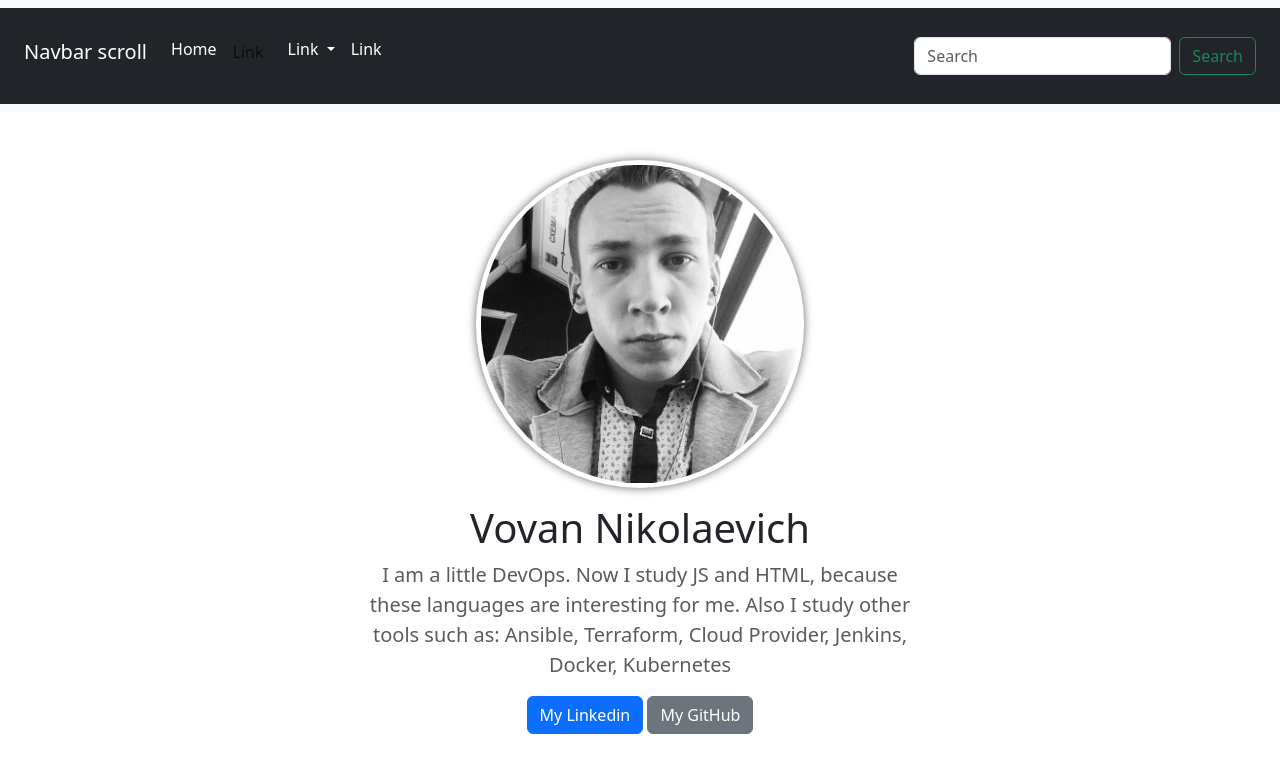
Repository: vovanbl411/mini-web-site
Page: index.html
An editor plug-in stored every save of this project. The page is shown before and after the next save, followed by the edit.
The browser window is 1280 px wide. The pictures show the whole page.

Above is the page before, as saved 2023-01-22 00:18:52.

### index.html
<!DOCTYPE html>
<html lang="en">
  <head>
    <meta charset="UTF-8" />
    <meta name="viewport" content="width=device-width, initial-scale=1.0" />
    <title>My page</title>
    <link
      href="https://cdn.jsdelivr.net/npm/bootstrap@5.3.0-alpha1/dist/css/bootstrap.min.css"
      rel="stylesheet"
      integrity="sha384-GLhlTQ8iRABdZLl6O3oVMWSktQOp6b7In1Zl3/Jr59b6EGGoI1aFkw7cmDA6j6gD"
      crossorigin="anonymous"
    />
    <style>
      .rounded-img {
        width: 60%;
        border-radius: 50%;
        box-shadow: 0 0 10px rgba(0, 0, 7, 0.6);
        padding: 0.3em;
        margin-bottom: 1em;
      }
    </style>
  </head>
  <body>
    <nav class="navbar navbar-expand-lg bg-body-tertiary">
      <div class="container-fluid bg-dark p-4">
        <a class="navbar-brand text-white h4" href="#">Navbar scroll</a>
        <button
          class="navbar-toggler"
          type="button"
          data-bs-toggle="collapse"
          data-bs-target="#navbarScroll"
          aria-controls="navbarScroll"
          aria-expanded="false"
          aria-label="Toggle navigation"
        >
          <span class="navbar-toggler-icon"></span>
        </button>
        <div class="collapse navbar-collapse" id="navbarScroll">
          <ul
            class="navbar-nav me-auto my-2 my-lg-0 navbar-nav-scroll"
            style="--bs-scroll-height: 100px"
          >
            <li class="nav-item">
              <a
                class="nav-link active text-white h4"
                aria-current="page"
                href="#"
                >Home</a
              >
            </li>
            <li class="nav-item">
              <a class="nav-link h4 form-control me-2" href="#">Link</a>
            </li>
            <li class="nav-item dropdown">
              <a
                class="nav-link dropdown-toggle text-white h4"
                href="#"
                role="button"
                data-bs-toggle="dropdown"
                aria-expanded="false"
              >
                Link
              </a>
              <ul class="dropdown-menu">
                <li>
                  <a class="dropdown-item text-white h4" href="#">Action</a>
                </li>
                <li>
                  <a class="dropdown-item text-white h4" href="#"
                    >Another action</a
                  >
                </li>
                <li><hr class="dropdown-divider text-white h4" /></li>
                <li>
                  <a class="dropdown-item text-white h4" href="#"
                    >Something else here</a
                  >
                </li>
              </ul>
            </li>
            <li class="nav-item">
              <a class="nav-link disabled text-white h4">Link</a>
            </li>
          </ul>
          <form class="d-flex" role="search">
            <input
              class="form-control me-2"
              type="search"
              placeholder="Search"
              aria-label="Search"
            />
            <button class="btn btn-outline-success" type="submit">
              Search
            </button>
          </form>
        </div>
      </div>
    </nav>
    <div class="container text-center my-5">
      <div class="row">
        <div class="col-lg-6 col-md-8 mx-auto">
          <img
            class="rounded-img"
            src="Screenshot.png"
            alt="Vovan Nikolaevich"
          />
          <h1 class="fw-light">Vovan Nikolaevich</h1>
          <p class="lead text-muted">
            I am a little DevOps. Now I study JS and HTML, because these
            languages are interesting for me. Also I study other tools such as:
            Ansible, Terraform, Cloud Provider, Jenkins, Docker, Kubernetes
          </p>
          <a
            href="https://www.linkedin.com/in/vovan-nikolaevich/"
            target="_blank"
            class="btn btn-primary"
          >
            My Linkedin
          </a>
          <a
            href="https://github.com/vovanbl411"
            target="_blank"
            class="btn btn-secondary"
          >
            My GitHub
          </a>
        </div>
      </div>
    </div>
  </body>
</html>

After the next save:
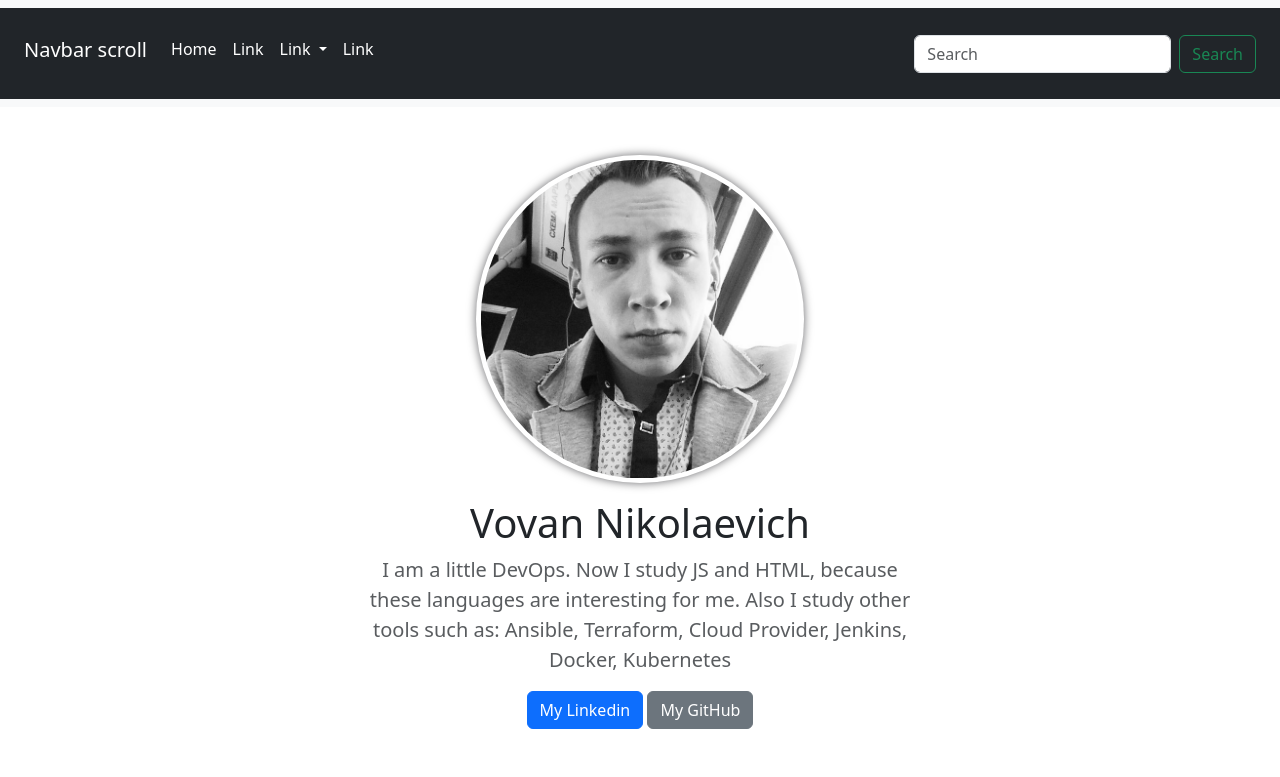
Saved 22 s later.
--- a/index.html
+++ b/index.html
@@ -49,7 +49,7 @@
               >
             </li>
             <li class="nav-item">
-              <a class="nav-link h4 form-control me-2" href="#">Link</a>
+              <a class="nav-link text-white h4" href="#">Link</a>
             </li>
             <li class="nav-item dropdown">
               <a
